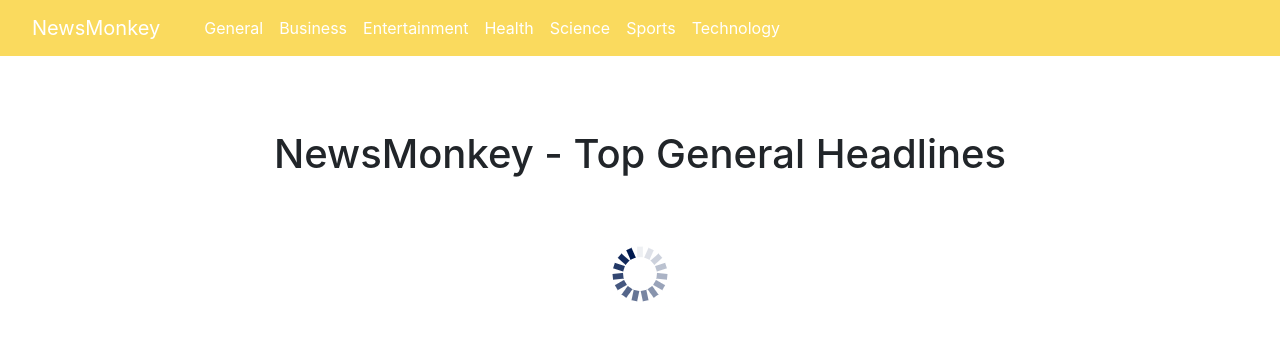
Repository: scelly01/NewsMonkey
Page: /
These files come from the project's save history. The page is drawn as it stood at one moment and after the next save; the edit follows.
The browser window is 1280 px wide. The pictures show the whole page.
The page's requests for data from a server got no answer. The project was rebuilt for these pictures with package versions that can differ from the ones it lists, and the page was loaded fresh each time. A package was used in the major version that the imports need, not the one package.json lists. No one was signed in, and anything a server would have sent is missing. Also part of the build but not shown: src/App.css, src/components/NewsItem.js.

Above is the page before, as saved 2022-04-30 18:18:51.

After the next save:
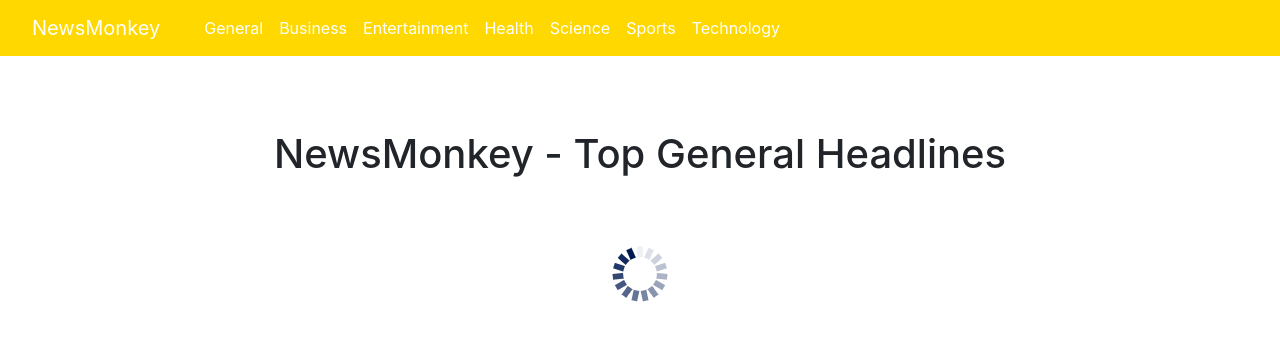
Saved 28 s later.
--- a/src/index.css
+++ b/src/index.css
@@ -7,7 +7,7 @@
   -moz-osx-font-smoothing: grayscale;
 }
 .yellow{
-  background-color: #fada5e;
+  background-color: #ffd800;
 }
 code {
   font-family: source-code-pro, Menlo, Monaco, Consolas, 'Courier New',
